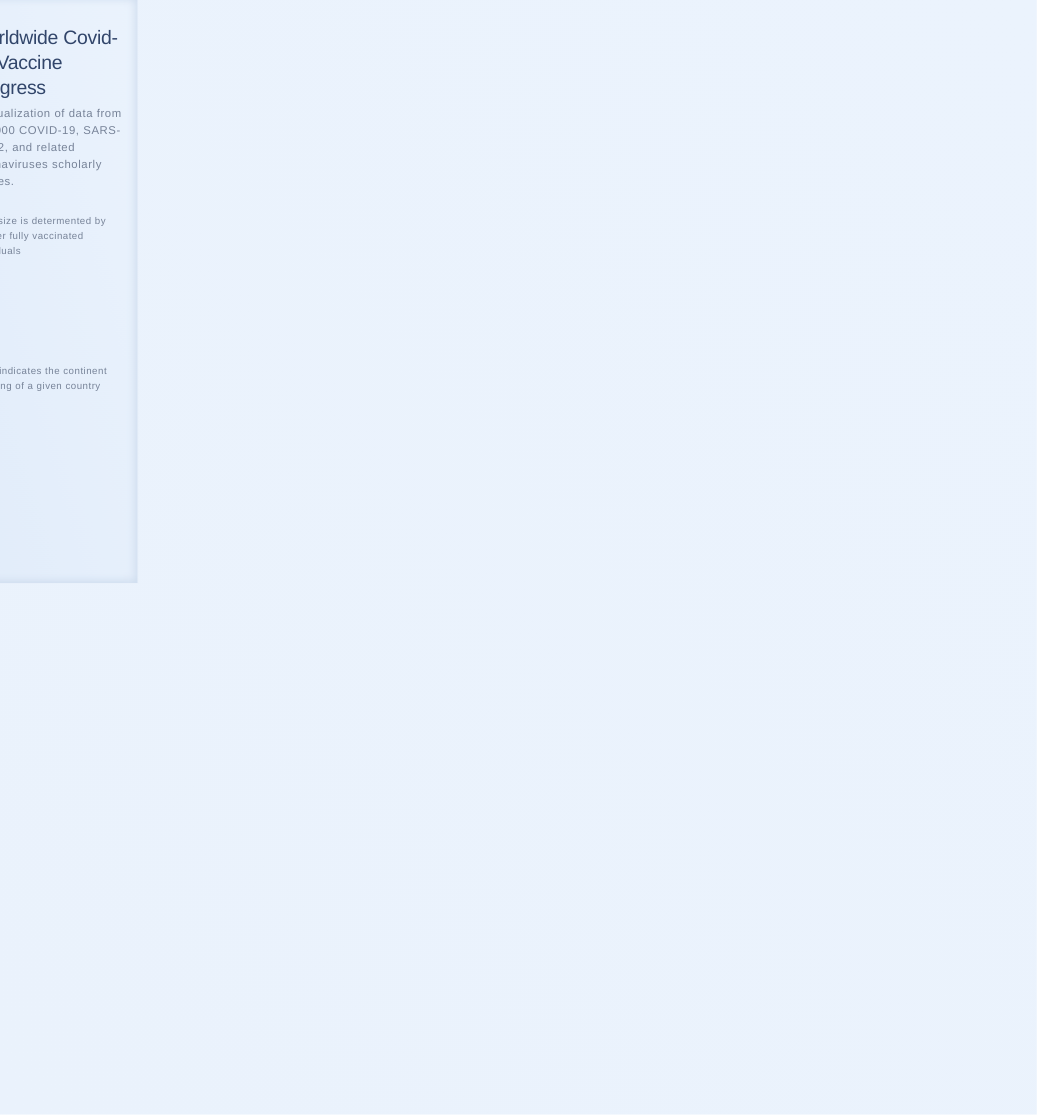
Repository: laurenharpole/May-Vaccine-Progress-Vis
Page: index.html
An editor plug-in stored every save of this project. The page is shown before and after the next save, followed by the edit.
The browser window is 1280 px wide. The pictures show the whole page, at 81% of full size.
The page's requests for data from a server got no answer.

Above is the page before, as saved 2021-10-07 21:24:27.

### index.html
<!DOCTYPE html>
<html lang="en" dir="ltr">

  <head>

    <meta charset="utf-8">
    <script src="http://d3js.org/d3.v6.min.js" charset="utf-8"></script>
    <title>Project 1 Vaccine Visualization</title>
    <style>
      /* NOTE: CSS Styling Goes here */
      svg{
        margin-left: 130px;
        padding-right: 20px;
      }
      /* body background coloration */
      body {
        background-image: linear-gradient(to left bottom, #ebf3fd, #eaf2fc);
        margin: 0;
      }
      /* side navigation background coloration */
      .col-dash {
        background-image: linear-gradient(to left bottom, #ebf3fd, #e1ecfa);
        /* backgruond-color: #ebf3fe; */
        box-shadow: inset -2px -2px 10px 1px  #cedcee;
        flex-direction: column;
        height: 100vh;
        width: 220px;
        position: fixed;
        margin-left: -50px;
        margin-top: 0px;
        overflow: scroll;
      }
      .circle {
        filter:
        drop-shadow( 1px 1px 2px rgb(0,0,0,0.3));
        border: 31px solid transparent;
      }
      /* side dash header text */
      h1.dash-head{
        font-size: 24px;
        margin-left: 14px;
        margin-right: 8px;
        color: rgb(49,69,106,1.0);
        transform: none;
        white-space: normal;
        text-transform: none;
        text-align: left;
        white-space: normal;
        font-family: "Product Sans",Helvetica,Arial,sans-serif;
        letter-spacing: -.015em;
        line-height: 1.3;
        font-weight: 500;
        margin-top: 30px;
        margin-bottom: 20px;
      }
      /* side dash description text */
      p.dash-desc-p-head{
        font-size: 14px;
        margin-left: 14px;
        margin-right: 8px;
        font-family: "Product Sans",Helvetica,Arial,sans-serif;
        font-weight: 300;
        line-height: 1.5;
        letter-spacing: 0.05em;
        color: #778398;
        margin-top: -15px;

      }
      /* side dash description text */
      p.dash-desc-p{
        font-size: 12px;
        margin-left: 14px;
        margin-right: 8px;
        font-family: "Product Sans",Helvetica,Arial,sans-serif;
        font-weight: 300;
        line-height: 1.5;
        letter-spacing: 0.05em;
        color: #778398;
        margin-top: 30px;
      }
      /* first legend */
      #legend {
        margin-left: -82px;
        margin-top: -10px;
        margin-bottom: -20px;
      }
      /* second legend */
      #legend2 {
        margin-left: -82px;
        margin-top: -6px;
      }
      text {
        text-transform: none;
        text-align: right;
        font-family: "Product Sans",Helvetica,Arial,sans-serif;
        letter-spacing: 0.2em;
        text-transform: uppercase;
        font-size: 10px;
        font-weight: 600;
        width: 180px;
      }

      .tool-dots {
        white-space: normal;
        text-transform: none;
        text-align: left;
        white-space: normal;
        font-family: "Product Sans",Helvetica,Arial,sans-serif;
        letter-spacing: 0.2em;
        text-transform: uppercase;
        font-size: 60px;
        line-height: 1.25;
        font-weight: 600;
        background-color: #ebf3fd;
        padding-right: -5px;
        box-shadow: 5px 5px 16px rgb(0,0,0,0.13),
        -3px -3px 16px rgb(0,0,0,0.13);
        border-radius: 5px;
        padding-left:5px;
      }

      .tool-country {
        white-space: normal;
        text-transform: none;
        text-align: left;
        white-space: normal;
        font-family: "Product Sans",Helvetica,Arial,sans-serif;
        letter-spacing: 0.2em;
        text-transform: uppercase;
        font-size: 10px;
        color: #778398;
        line-height: 1;
        padding-left:27px;
        font-weight: 600;
      }

      .tool-info {
        font-size: 12px;
        margin-left: 14px;
        margin-right: 8px;
        font-family: "Product Sans",Helvetica,Arial,sans-serif;
        font-weight: 300;
        line-height: 1.5;
        letter-spacing: 0.05em;
        color: #778398;
        margin-top: 30px;
        display: block;
        background: none;
        box-shadow: inset 3px 3px 3px hsl(210, 8%, 85%),
        inset -3px -3px 3px rgb(255,255,255,0.6);
        border-radius: 5px;
        opacity: 0.9;
      }



    </style>
    <script src="https://d3js.org/d3.v6.min.js"></script>
  </head>

  <body>
  <div class="col-dash">

    <h1 class="dash-head"> Worldwide Covid-19 Vaccine Progress</h1>
    <!-- <h1 class="dash-desc"> Description</h1>
    <p class="dash-desc-p"> Color per continent stuff Color per continent stuff Color per continent stuff</p> -->
    <p class="dash-desc-p-head">  A visualization of data from
    500,000 COVID-19, SARS-CoV-2, and related coronaviruses scholarly articles.</p>
    <p class="dash-desc-p"> Radii size is determented by number fully vaccinated individuals</p>
    <div id="legend"></div>
    <p class="dash-desc-p"> Color indicates the continent grouping of a given country</p>
    <div id="legend2"></div>
  </div>
<div id="body">
<text id="label" ></text>
</div>
    <!-- NOTE: Setup HTML -->
    <div class="tooltip">
            <img alt="" />
            <div>
                <a></a>
                <span></span>
            </div>
        </div>
    <script>
// ################ Setup ################
//make responsive
const height = 500;
const width = 500;
d3.select("#label").raise();
canvas = d3.select("#body").append("svg").attr("viewBox", `-50 20 ${width} ${height}`).append('g').attr('transform', 'translate(' + width / 2 + ',' + height / 2 + ')');
//sizeLeg = d3.select("#sizeleg").append("svg");
//.attr("viewBox", `-30 50 ${width} ${height}`).append('g').attr('transform', 'translate(' + width / 2 + ',' + height / 2 + ')');
sizeLeg = d3.select("#legend").append("svg").attr("width", 300).attr("height", 115);
colLeg = d3.select("#legend2").append("svg").attr("width", 300).attr("height", 250);
tool = d3.select("#label").append("svg").attr("width", 300).attr("height", 220);
// ############ Begin Promise ############
//Start of code
//https://raw.githubusercontent.com/owid/covid-19-data/master/public/data/vaccinations/vaccinations.csv
d3.csv("https://raw.githubusercontent.com/owid/covid-19-data/master/public/data/owid-covid-data.csv").then((dataraw) => {
  var maxRadius = height*0.06;
  var padding = 1.5;
  var clusterPadding = 6;
  var today = new Date();
  var dd = String(today.getDate()).padStart(2, '0')-1;
  var mm = String(today.getMonth() + 1).padStart(2, '0'); //January is 0!
  var yyyy = today.getFullYear();
  console.log(mm);
  today = String(yyyy + "-" + mm +  "-" + dd);



  var data = dataraw.filter(function(d)
  {
    //
    //2021-10
    // if(String(d["date"]) == today){

    //   console.log("yes")
   // console.log(String(d["date"]).includes(mm));
    // }
     if(String(d["date"]).includes(mm) && String(d["date"]).includes(dd)){
     // console.log(d["date"])
  //  console.log(today);
    //   console.log(d["date"]);
    // }
    if(d["location"] != ""|| d["location"] != d["continent"]){
    //d["location"] != "European Union"  || d["location"] != "Europe" || d["location"] != "North America" || d["location"] != "South America" || d["location"] != "Oceania" || d["location"] != "World"){

        return d;
      }
      if(d["continent"] != "" || d["continent"] != NULL){

        return d;
      }
      if(d["people_fully_vaccinated"] == ""){
      //  d["people_fully_vaccinated"] = "45";
        return d;
      }
      if(d["total_cases"] == ""){

        return d["total_cases"] += "N/A";
      }

    console.log(d["total_cases"]);
     }
  });
  //console.log(data);
  clusters = new Array(6);
  //a radius scale to balence the sizes of the bubbles
  let radScale = d3.scaleLinear().domain(d3.extent(data, function(d) { return +d.people_fully_vaccinated;} )).range([4, maxRadius]);
  let gradientScale = d3.scaleOrdinal().range([ "#ffcb8e","#ff87a6", "#00b31b", "#cf0270", "#ff884a", "#67a2fa"])
  //make all the nodes for this bubble chart
  let nodes = [...new Set(data.map((d) => {
    // scale radius to fit on the screen
  let scaledRadius  = radScale(+d.people_vaccinated),
        forcedCluster = d.continent;
    // add cluster id and radius to array
    d = {
      cluster     : forcedCluster, //group by continent
      r           : scaledRadius, //radius is made via scaledRadius
      name       : d.location,
      continent   : d.continent,
      vacc   : d.people_vaccinated,
      full_vacc   : d.people_fully_vaccinated,
      cases   : d.total_cases,
      color   : gradientScale
    };
    // add to clusters array if it doesn't exist or the radius is larger than another radius in the cluster
    if (!clusters[forcedCluster] || (scaledRadius > clusters[forcedCluster].r) ) clusters[forcedCluster] = d;
    console.log(d);
    return d;
  }))];
//console.log(nodes);
  let rad = {};
  rad[0] = d3.mean(nodes, function(d) { return (+d.r)} );
  rad[1] = d3.max(nodes, function(d) { return (+d.r)} )/2;
  rad[2] = d3.max(nodes, function(d) { return (+d.r)} );
  let vacc = {};
  vacc[0] = d3.min(nodes, function(d) { return (Number(+d.vacc))} );
  vacc[1] = d3.max(nodes, function(d) { return Number(+d.vacc)/2} );
  vacc[2] = d3.max(nodes, function(d) { return (Number(+d.vacc))} );
 let radScal = d3.scaleLinear().domain(rad).range([0, 10]);
  for(var i = 2; i >= 0; i--){
    sizeLeg.append('circle')
    .attr('cx', 55)
    .attr('cy', 113- 0.75*rad[i])
    .attr('r', Number(rad[i])*0.75)
    .attr('stroke', '#828fa6')
    .style("class", "circles")
    .attr("stroke-dasharray",'1.28px')
    .attr('fill', 'none');
    sizeLeg.append('text')
    .attr('x', 100)
    .attr('y', 118- 1.55*rad[i])
    .attr("fill", "rgb(66,92,140,1.0)")
    .text(d3.format(',')(Number(vacc[i])));
    sizeLeg.append('line')
    .attr('x1', 53)
    .attr('x2', 98)
    .attr('y1', 115- 1.55*rad[i])
    .attr('y2', 115- 1.55*rad[i])
    .attr('stroke', "#8997b0")
    .attr("stroke-width", "0.5px");
  }
  // console.log(rad);
        // Define the gradient
        var gradientb = canvas.append("svg:defs")
            .append("canvas:linearGradient")
            .attr("id", "gradientb")
            .attr("x1", "0%")
            .attr("y1", "0%")
            .attr("x2", "100%")
            .attr("y2", "100%")
            .attr("spreadMethod", "pad");
        // Define the gradient colors
        gradientb.append("canvas:stop")
            .attr("offset", "0%")
            .attr("stop-color", "#67a2fa")
            .attr("stop-opacity", 1);
        gradientb.append("canvas:stop")
            .attr("offset", "100%")
            .attr("stop-color", "#69c9fb")
            .attr("stop-opacity", 1);
        // Define the gradient
        var gradiento = canvas.append("canvas:defs")
            .append("canvas:linearGradient")
            .attr("id", "gradiento")
            .attr("x1", "0%")
            .attr("y1", "0%")
            .attr("x2", "100%")
            .attr("y2", "100%")
            .attr("spreadMethod", "pad");
        // Define the gradient colors
        gradiento.append("canvas:stop")
            .attr("offset", "0%")
            .attr("stop-color", "#ff884a")
            .attr("stop-opacity", 1);
        gradiento.append("canvas:stop")
            .attr("offset", "100%")
            .attr("stop-color", "#ffac56")
            .attr("stop-opacity", 1);
        // Define the gradient
        var gradientp = canvas.append("canvas:defs")
            .append("canvas:linearGradient")
            .attr("id", "gradientp")
            .attr("x1", "0%")
            .attr("y1", "0%")
            .attr("x2", "100%")
            .attr("y2", "100%")
            .attr("spreadMethod", "pad");
        // Define the gradient colors
        gradientp.append("canvas:stop")
            .attr("offset", "10%")
            .attr("stop-color", "#ff87a6")
            .attr("stop-opacity", 1);
        gradientp.append("canvas:stop")
            .attr("offset", "100%")
            .attr("stop-color", "#f284cb")
            .attr("stop-opacity", 1);
        // Define the gradient
        var gradientm = canvas.append("canvas:defs")
            .append("canvas:linearGradient")
            .attr("id", "gradientm")
            .attr("x1", "0%")
            .attr("y1", "0%")
            .attr("x2", "100%")
            .attr("y2", "100%")
            .attr("spreadMethod", "pad");
        // Define the gradient colors
        gradientm.append("canvas:stop")
            .attr("offset", "10%")
            .attr("stop-color", "#cf0270")
            .attr("stop-opacity", 1);
        gradientm.append("canvas:stop")
            .attr("offset", "100%")
            .attr("stop-color", "#ff4f99")
            .attr("stop-opacity", 1);
        var gradientc = canvas.append("canvas:defs")
            .append("canvas:linearGradient")
            .attr("id", "gradientc")
            .attr("x1", "0%")
            .attr("y1", "0%")
            .attr("x2", "100%")
            .attr("y2", "100%")
            .attr("spreadMethod", "pad");
        // Define the gradient colors
        gradientc.append("canvas:stop")
            .attr("offset", "10%")
            .attr("stop-color", "#ffcb8e")
            .attr("stop-opacity", 1);
        gradientc.append("canvas:stop")
            .attr("offset", "100%")
            .attr("stop-color", "#ffe79e")
            .attr("stop-opacity", 1);
        var gradientg = canvas.append("canvas:defs")
            .append("canvas:linearGradient")
            .attr("id", "gradientg")
            .attr("x1", "0%")
            .attr("y1", "0%")
            .attr("x2", "100%")
            .attr("y2", "100%")
            .attr("spreadMethod", "pad");
        // Define the gradient colors
        gradientg.append("canvas:stop")
            .attr("offset", "10%")
            .attr("stop-color", "#00b31b")
            .attr("stop-opacity", 1);
        gradientg.append("canvas:stop")
            .attr("offset", "100%")
            .attr("stop-color", "#27d539")
            .attr("stop-opacity", 1);
        var tool = d3.select("body")
            .append("div")
            .data(nodes)
            .style("position", "absolute")
            .attr('class', "tool")
            .style("z-index", "10")
            .style("visibility", "hidden")
  //color discerning
  var gradients =[ "#gradientm","#gradientb", "#gradiento", "#gradientg", "#gradientp", "#gradientc"];
  var continents = ["Asia", "Europe", "Africa", "North America", "South America", "Oceania"];
  var z = d3.scaleOrdinal().domain(continents).range(gradients);
        var tooltip = d3.select("body")
            .append("div")
            .data(nodes)
            .style("position", "absolute")
            .attr('class', "tool-dots")
            .style("z-index", "10")
            .style("visibility", "hidden");
        var tooltip1 = d3.select("body")
            .append("div")
            .data(nodes)
            .style("position", "absolute")
            .attr('class', "tool-country")
            .style("z-index", "10")
            .style("visibility", "hidden");
        var tooltip2 = d3.select("body")
            .append("div")
            .data(nodes)
            .style("position", "absolute")
            .attr('class', "tool-info")
            .style("z-index", "10")
            .style("visibility", "hidden");
        var tooltip3 = d3.select("body")
            .append("div")
            .data(nodes)
            .style("position", "absolute")
            .attr('class', "tool-info")
            .style("z-index", "10")
            .style("visibility", "hidden");
        var tooltip4 = d3.select("body")
            .append("div")
            .data(nodes)
            .style("position", "absolute")
            .attr('class', "tool-info")
            .style("z-index", "10")
            .style("visibility", "hidden");
  //make the bubbles
  for(var i = 5; i >= 0; i--){

    colLeg.append('circle')
    .attr('cx', 10)
    .datum(nodes)
    .attr('cy', 20*i+11)
    .attr('r', 3.5)
    .attr('fill', d => 'url(' +gradients[i]+')');
    colLeg.append('text')
    .attr('x', 30)
    .attr('y', 20*i+15)
    .attr("fill", "rgb(66,92,140,1.0)")
    .text(continents[i]);
  }
  popExtent = new Set (data.map(d => d.continent));
  labelExtent = d3.extent(nodes, d => d.cluster);
  var colors = [ "#cf0270","#67a2fa", "#ff884a", "#00b31b", "#ff87a6", "#ffcb8e"];
  //for coloring the bubbles

  let bubbles = canvas.append("g")
    .datum(nodes)
    .selectAll('.circle')
      //add styling, placement and force attributes
      .data(d => d)
      .enter().append('circle')
      .attr("class", "circle")
      .attr("r", d => d.r)
      .attr("label", d => d.cluster)
      .attr("name", d => d.name)
      .attr("vacc", d => d.vacc)
      .attr("cases", d => d.cases)
      .attr('fill', d => 'url(' + z(d.cluster)+')')
      .call(d3.drag()
            .on("start", dragstarted)
            .on("drag", dragged)
            .on("end", dragended))
      bubbles.on("mouseover", function () {
        var tools = d3.select(this).attr("label") + "\n" + "Name: " + d3.select(this).attr("name") + "\n" + "Fully Vacc: " + d3.select(this).attr("vacc")+ "Total Cases: " + d3.select(this).attr("cases");
        var tips = tools.split("\n");
        d3.select(this)
        .transition().duration(100)
        .attr("r", d => d.r+13)
        //get the color for the labelings
        var currColorIdx = continents.indexOf(d3.select(this).attr("label"));
        var currColor = colors[currColorIdx];
        tooltip.text('•').style("color", currColor)
        tooltip1.text(d3.select(this).attr("label"))
        tooltip2.text("Country: "+d3.select(this).attr("name"))
        tooltip3.text("Fully Vaccinated: "+d3.format(",.0f")(d3.select(this).attr("vacc")))
        tooltip4.text("Total Cases: "+(d3.select(this).attr("cases")))
        var mouseX = event.pageX;
        //name and container
        var width = 235;
        var height = 150;
        var rowheight = 20;
        //metrics
        tooltip.style("visibility", "visible");
        tooltip.style("top", (event.pageY-25)+"px").style("left",(mouseX+19)+"px").style("width", " "+width+ ""+ "px").style("height", ""+height+ ""+ "px").style("padding-top", "-4px");
        //metrics
        tooltip1.style("visibility", "visible");
        tooltip1.style("top", (event.pageY)+"px").style("left",(mouseX+19)+"px").style("width", " "+width+ ""+ "px").style("height", ""+height+ ""+ "px").style("padding-top", "4px");
        //metrics
        tooltip2.style("visibility", "visible");
        tooltip2.style("top", (event.pageY+20)+"px").style("left",(mouseX+20)+"px").style("width", " "+width-20+ "" + "px").style("height", ""+rowheight+ ""+ "px").style("margin", "7px").style("padding-left", "7px").style("padding-top", "4px").style("margin-bottom", "7px");
        //metrics
        tooltip3.style("visibility", "visible");
        tooltip3.style("top", (event.pageY+50)+"px").style("left",(mouseX+19)+"px").style("width", " "+width-20+ "" + "px").style("height", ""+rowheight+ ""+ "px").style("margin", "9px").style("padding-left", "7px").style("padding-top", "4px");
        //metrics
        tooltip4.style("visibility", "visible");
        tooltip4.style("top", (event.pageY+83)+"px").style("left",(mouseX+19)+"px").style("width", " "+width-20+ "" + "px").style("height", ""+rowheight+ ""+ "px").style("margin", "9px").style("padding-left", "7px").style("padding-top", "4px");
      })
      bubbles.on("mouseout", function() {
                //hide it now
                tooltip.style("visibility", "hidden");
                tooltip1.style("visibility", "hidden");
                tooltip2.style("visibility", "hidden");
                tooltip3.style("visibility", "hidden");
                tooltip4.style("visibility", "hidden");
                 d3.select(this)
                  .transition().duration(100)
                  .attr("r", d => d.r)
       });
  // create the clustering/collision force simulation
  let simulation = d3.forceSimulation(nodes)
      .velocityDecay(0.1)
      .force("x", d3.forceX().strength(.008))
      .force("center", d3.forceCenter().x(0).y(0)) // Attraction to the center of the svg area
      .force("collide", d3.forceCollide().strength(.1).radius(function(d){ return d.r + 2.65; }).iterations(1))
      .force("y", d3.forceY().strength(.004))
      .force("cluster", clustering)
      .on("tick", ticked);
  function ticked() {
      bubbles
          .attr('cx', (d) => d.x)
          .attr('cy', (d) => d.y);
  }
  function Open(){
    sizeLeg.style("visibility", "hidden");
    colLeg.style("visibility", "hidden");
    var tooltip1 = d3.select("body")
            .append("div")
            .data(nodes)
            .style("position", "absolute")
            .attr('class', "tool-country")
            .style("z-index", "10")
            .style("visibility", "hidden");
    //tooltip2.style("visibility", "hidden");
    //tooltip3.style("visibility", "hidden");
    //tooltip4.style("visibility", "hidden");
  }
  // Drag functions used for interactivity
  function dragstarted(d) {
    if (!d3.event.active) simulation.alphaTarget(0.3).restart();
    d.fx = d.x;
    d.fy = d.y;
  }
  function dragged(d) {
    d.fx = d3.event.x;
    d.fy = d3.event.y;
  }
  function dragended(d) {
    if (!d3.event.active) simulation.alphaTarget(0);
    d.fx = null;
    d.fy = null;
  }
  // These are implementations of the custom forces.
  function clustering(alpha) {
        nodes.forEach(function(d) {
          var cluster = clusters[d.cluster];
          if (cluster === d) return;
          var x = d.x - cluster.x,
              y = d.y - cluster.y,
              l = Math.sqrt(x * x + y * y),
              r = d.r + cluster.r;
          if (l !== r) {
            l = (l - r) / l * alpha;
            d.x -= x *= l;
            d.y -= y *= l;
            cluster.x += x;
            cluster.y += y;
          }
        });
    }
// Resolves collisions between d and all other circles.
function collide(alpha) {
  var quadtree = d3.geom.quadtree(nodes);
  return function(d) {
    var r = d.radius + maxRadius + Math.max(padding, clusterPadding),
        nx1 = d.x - r,
        nx2 = d.x + r,
        ny1 = d.y - r,
        ny2 = d.y + r;
    quadtree.visit(function(quad, x1, y1, x2, y2) {
      if (quad.point && (quad.point !== d)) {
        var x = d.x - quad.point.x,
            y = d.y - quad.point.y,
            l = Math.sqrt(x * x + y * y),
            r = d.radius + quad.point.radius + (d.cluster === quad.point.cluster ? padding : clusterPadding);
        if (l < r) {
          l = (l - r) / l * alpha;
          d.x -= x *= l;
          d.y -= y *= l;
          quad.point.x += x;
          quad.point.y += y;
        }
      }
      return x1 > nx2 || x2 < nx1 || y1 > ny2 || y2 < ny1;
    });
  };
}
});

// These are implementations of the custom forces.
 //d3.request("https://covid.ourworldindata.org/data/owid-covid-data.csv")
 //  .mimeType("text/csv")
 //  .get(callback);
  // .response(function(xhr) { return console.log(d3.csvParse(xhr.responseText, row)); })
 </script>
  </body>
</html>

After the next save:
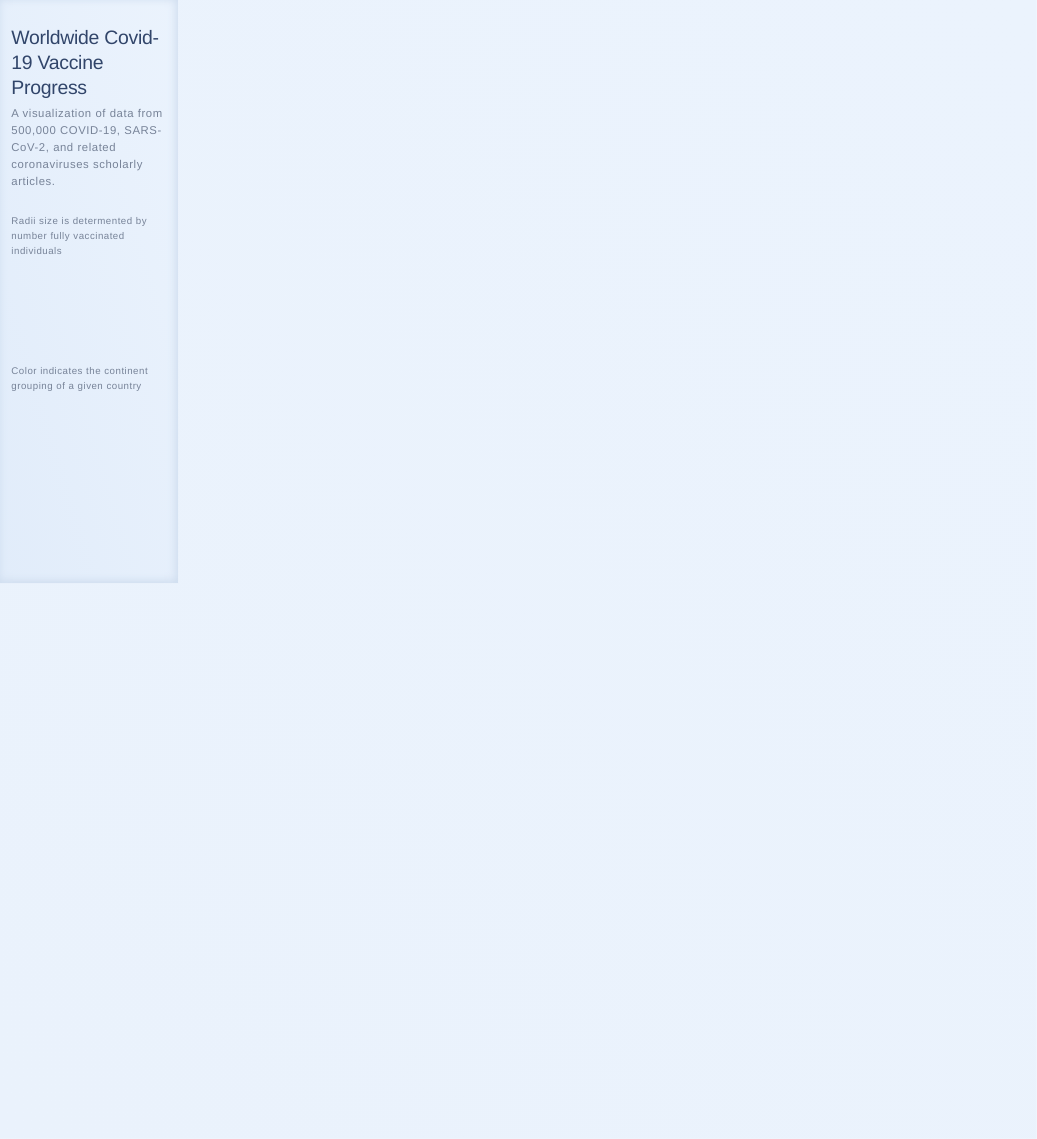
Saved 12 s later.
--- a/index.html
+++ b/index.html
@@ -9,7 +9,7 @@
     <style>
       /* NOTE: CSS Styling Goes here */
       svg{
-        margin-left: 130px;
+        margin-left: 100px;
         padding-right: 20px;
       }
       /* body background coloration */
@@ -26,7 +26,7 @@
         height: 100vh;
         width: 220px;
         position: fixed;
-        margin-left: -50px;
+        margin-left: 0px;
         margin-top: 0px;
         overflow: scroll;
       }
